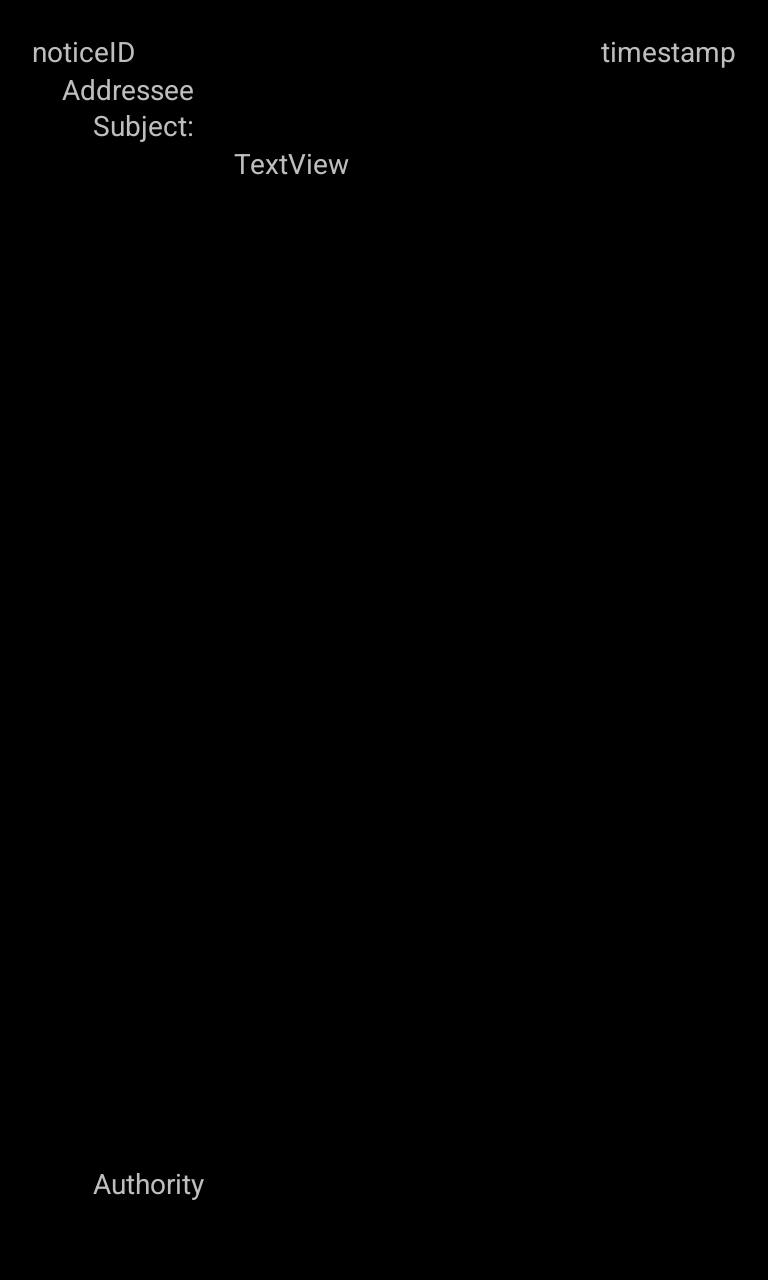
Repository: lcbasu/android
Layout: adt/M Notice/res/layout/detailed_view.xml
An editor plug-in stored every save of this project. The layout is shown before and after the next save, followed by the edit.
It is drawn on a 768 x 1280 px phone screen (xhdpi) without system bars, with theme android:Theme; the app's code is not run.

Above is the layout before, as saved 2014-05-02 08:44:02.

After the next save:
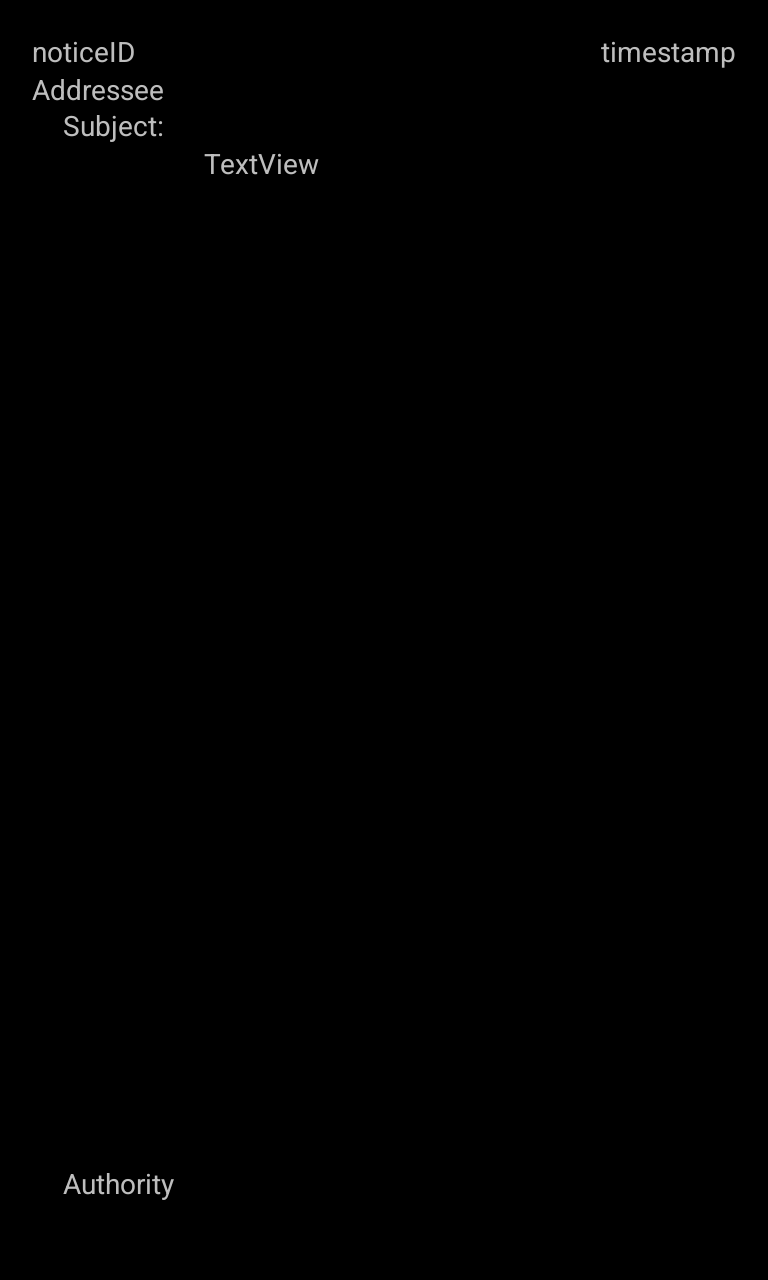
Saved 12 s later.
--- a/adt/M Notice/res/layout/detailed_view.xml
+++ b/adt/M Notice/res/layout/detailed_view.xml
@@ -31,7 +31,7 @@
             android:layout_width="wrap_content"
             android:layout_height="wrap_content"
             android:layout_below="@+id/timestamp"
-            android:layout_marginLeft="15dp"
+
             android:text="Addressee" />
 
     <TextView
